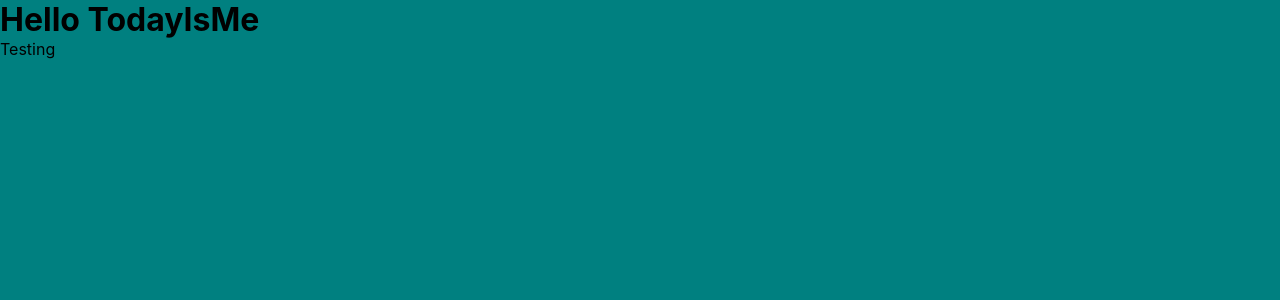
Repository: Exdevo/React
Page: /
An editor plug-in stored every save of this project. The page is shown before and after the next save, followed by the edit.
The browser window is 1280 px wide. The pictures show the whole page.
The project was rebuilt for these pictures with package versions that can differ from the ones it lists, and the page was loaded fresh each time. Also part of the build but not shown: src/ItemDescription.js, src/Product.js.

Above is the page before, as saved 2023-02-12 13:34:20.

### src/App.js
import './App.css';
import Product from './Product';

function App() {

  const name= "React";
  let isProgrammer= false;


  return (
    <div className="App">
     <h1> Hello {isProgrammer ? name : "TodayIsMe"} </h1>
     {name ?(
      <>Testing</>
     ):(
      <>
      <h1>Welcome back</h1>
      <h2>Yes, am a programmer!</h2>
      </>
     )}



      {/* < Product
      name='Phone'
      description='Samsung'
      price='4300'
      />
      < Product
      name='Laptop'
      description='Mac'
      price='24000'
      />
      < Product
      name='Woofer'
      description='Vitron'
      price='2300'
      /> */}

    </div>
  );
}

export default App;

### src/App.css
*{
  margin: 0;
  background-color: teal;
}

Loaded but not shown: public/index.html (common file); src/index.js (common file); src/index.css (common file)

After the next save:
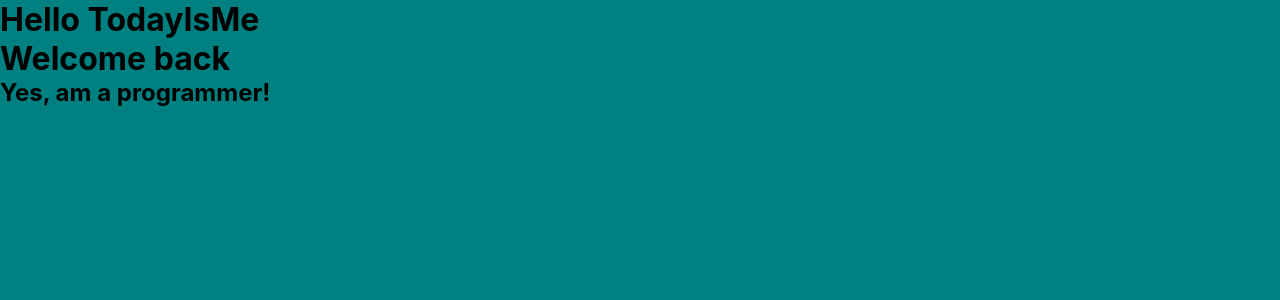
Saved 27 s later.
--- a/src/App.js
+++ b/src/App.js
@@ -3,7 +3,7 @@
 
 function App() {
 
-  const name= "React";
+  // const name= "React";
   let isProgrammer= false;
 
 

After the save that followed:
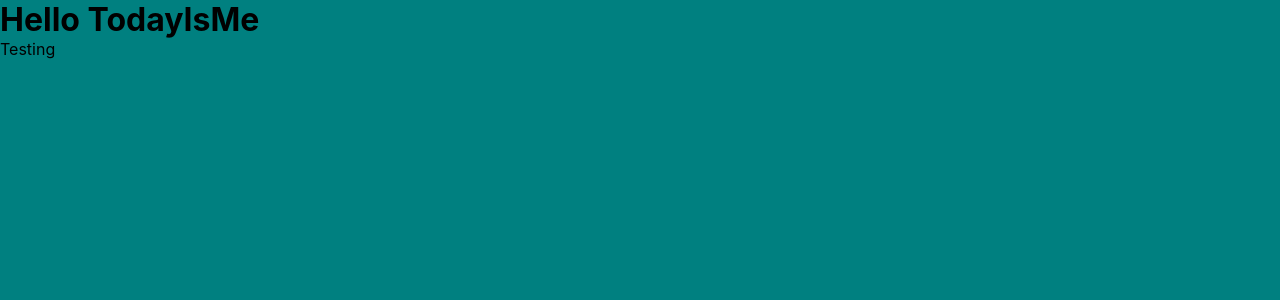
Saved 9 s later.
--- a/src/App.js
+++ b/src/App.js
@@ -3,7 +3,7 @@
 
 function App() {
 
-  // const name= "React";
+  const name= "React";
   let isProgrammer= false;
 
 
